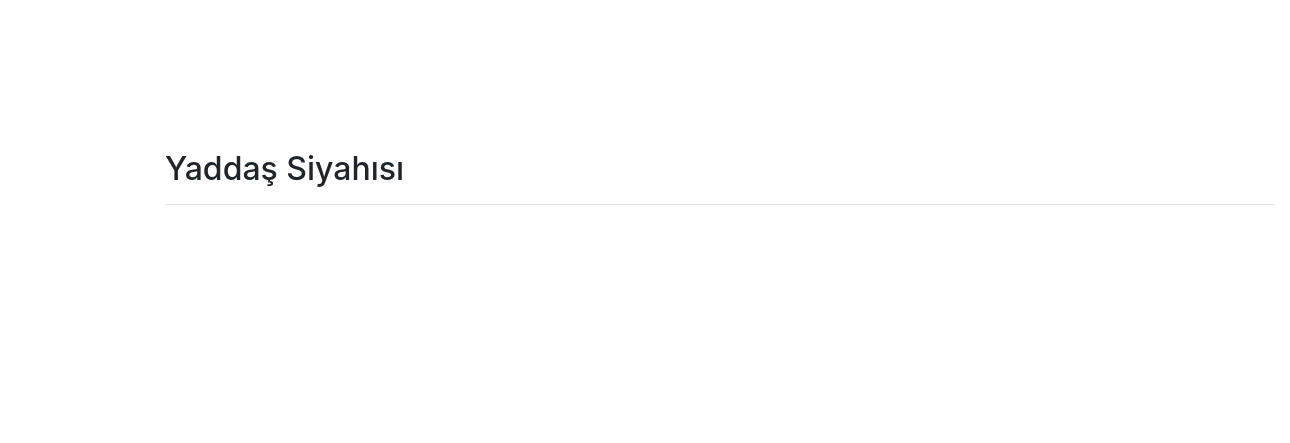
Repository: elvinyeka/ToDoApp
Page: http://localhost/
The author's editor kept a copy of each file at every save. The page is drawn from the files as they stood at one save, then again after the next save.
The browser window is 1280 px wide. The page is 1290 px wide, so the pictures cover 1290 px, including what lies to the right of the window. The pictures show the whole page.
Some web libraries are served in a nearby version. The page is served by the project's application, run on Flask 3 (todo.py).

Above is the page before, as saved 2020-09-27 19:37:23.

After the next save:
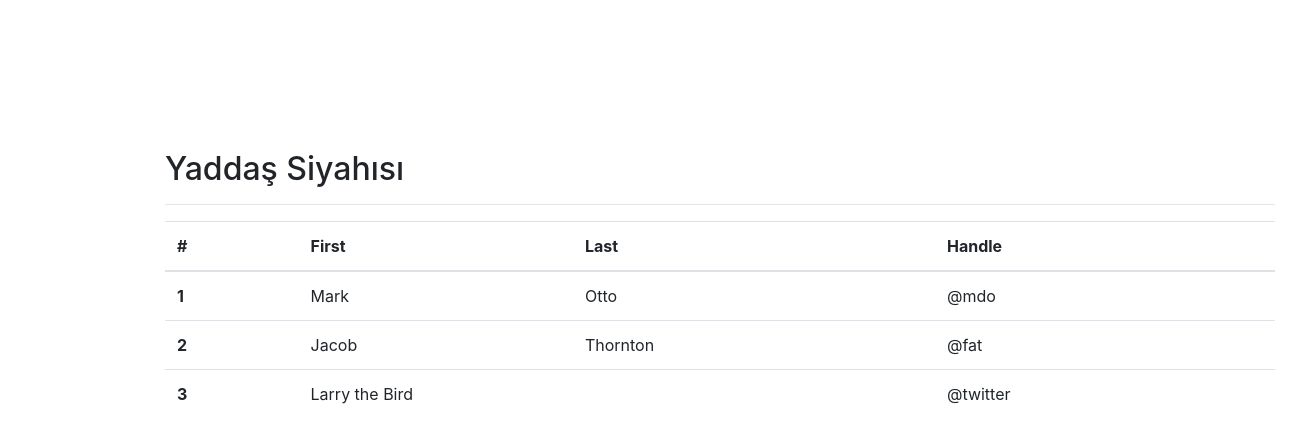
Saved 7 min 46 s later.
--- a/templates/index.html
+++ b/templates/index.html
@@ -12,6 +12,35 @@
     <div style="margin: 150px;" class="container">
         <h2>Yaddaş Siyahısı</h2>
         <hr>
+        <table class="table table-hover">
+            <thead>
+                <tr>
+                    <th scope="col">#</th>
+                    <th scope="col">First</th>
+                    <th scope="col">Last</th>
+                    <th scope="col">Handle</th>
+                </tr>
+            </thead>
+            <tbody>
+                <tr>
+                    <th scope="row">1</th>
+                    <td>Mark</td>
+                    <td>Otto</td>
+                    <td>@mdo</td>
+                </tr>
+                <tr>
+                    <th scope="row">2</th>
+                    <td>Jacob</td>
+                    <td>Thornton</td>
+                    <td>@fat</td>
+                </tr>
+                <tr>
+                    <th scope="row">3</th>
+                    <td colspan="2">Larry the Bird</td>
+                    <td>@twitter</td>
+                </tr>
+            </tbody>
+        </table>
     </div>
 
 
